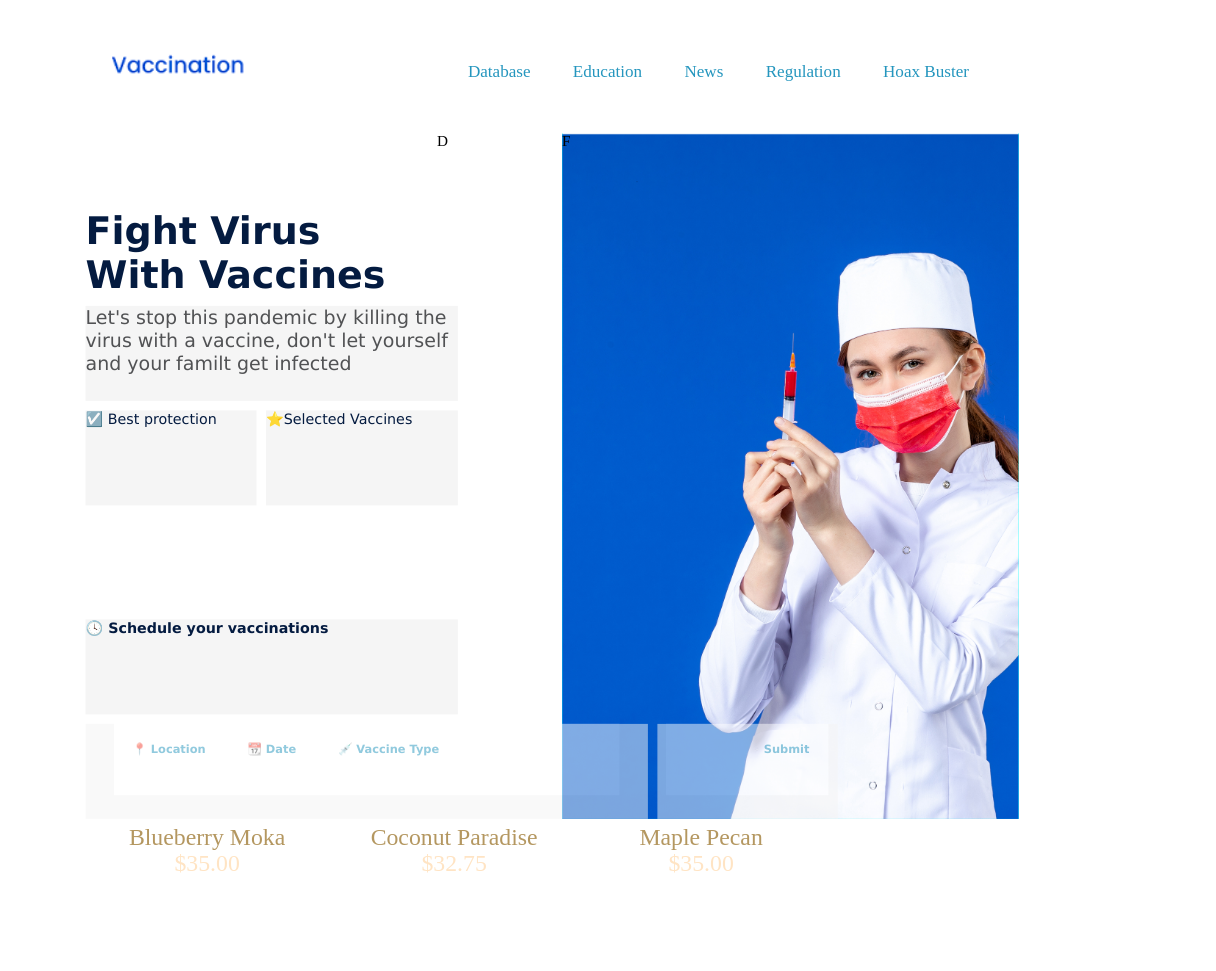
Repository: roge64/cssfrontend
Page: index.html
The author's editor kept a copy of each file at every save. The page is drawn from the files as they stood at one save, then again after the next save.
The browser window is 1280 px wide. The pictures show the part of the page from y = 0 to 1022 px (the page is 2338 px tall before and 2448 px after), at 95% of full size.
A picture or video elsewhere on the page could not be fetched, so the positions and the page height are approximate.

Above is the page before, as saved 2022-03-10 17:38:37.

### index.html
<!DOCTYPE html>
<html lang="en">

<head>
    <meta charset="UTF-8">
    <meta http-equiv="X-UA-Compatible" content="IE=edge">
    <meta name="viewport" content="width=device-width, initial-scale=1.0">
    <title>3 Cakes</title>
    <link rel="stylesheet" href="estilos/estilos.css">


</head>

<body>

    <section id="container">

        <header>
            <!--             <p style="color:#b49760"> Only 3 cakes for 3 months, and then we change all! </p> -->

        </header>

    <section id="banner">

        <article id="banner1">

        </article>

        <article id="banner2">
            <ul class="menu">
                <li><a href="#home"></a>Database</li>
                <li><a href="#cakes"></a>Education</li>
                <li><a href="#decor"></a>News</li>
                <li><a href="#order"></a>Regulation</li>
                <li><a href="#admin"></a>Hoax Buster</li>
                <!-- <li><a href="#void"></a>   </li> -->
            </ul>
        </article>

    </section>


<!--     <section id="tienda">
        <article id="cake1"> </article>
        <article id="cake2"> </article>
        <div class="wrapper">
            <div class="box e">E</div>
            <div class="box f">F</div>
            <div class="box g">G</div>
            <div class="box h">H</div>
        </div>
    </section> -->

    <div class="wrapper">
        <div class="box d">D</div>
        <div class="box e" style="color:#041b40">Fight Virus With Vaccines</div>
        <div class="box f">F</div>
        <div class="box g" style="color:#515254"> Let's stop this pandemic by killing the virus with a vaccine, don't let yourself and your familt get infected</div>
        <div class="box h" style="color:#041b40">☑️ Best protection</div>
        <div class="box i" style="color:#041b40"> ⭐Selected Vaccines</div>
        <div class="box j" style="color:#041b40"> 🕓 Schedule your vaccinations</div>
        <div class="box f">F</div>
        <article id="banner3">
            <ul class="menu">
                <li><a href="#home"></a>📍 Location</li>
                <li><a href="#cakes"></a>📆 Date</li>
                <li><a href="#decor"></a>💉 Vaccine Type</li>

            </ul>
        </article>
        <article id="banner4">
            <ul class="menu">
                <li><a href="#home"></a>Submit</li>
            </ul>
        </article>
    </div>

    <section id="names">
        <article id="name1">
            <p style="color:#b49760"> Blueberry Moka</p>
            <p style="color: bisque"> $35.00</p>
        </article>
        <article id="name2">
            <p style="color:#b49760"> Coconut Paradise</p>
            <p style="color: bisque"> $32.75</p>
        </article>
        <article id="name3">
            <p style="color:#b49760"> Maple Pecan</p>
            <p style="color: bisque"> $35.00</p>
        </article>
    </section>

    <section id="separador">


    </section>

    <section id="social">
        <article id="social1">
            <a href="#"><img src="img/instagram.png" alt="instagram"></a>
            <a href="#"><img src="img/facebook.png" alt="facebook"></a>
            <a href="#"><img src="img/youtube.png" alt="youtube"></a>
            <a href="#"><img src="img/twitter.png" alt="twitter"></a>
        </article>

        <article id="social2">
            <div id="lte_icons-2" class="widget widget_lte_icons">
                <h3 class="lte-header-widget " style="color:bisque"><span class="widget-icon"></span>Contact us
                </h3>
                <ul class="lte-social-icons-list">
                    <li>
                        <a href="#"><span class="lte-ic icon icon-phone-call"></span><span class="lte-header"
                                style="color:bisque">Phone:</span><span class="lte-txt" style="color:#b49760">+52
                                01-2345-6789<br> </span>
                        </a>
                    </li>
                    <li>
                        <a href="#"><span class="lte-ic icon icon-location"></span><span class="lte-header"
                                style="color:bisque">Our location:</span><span class="lte-txt" style="color:#b49760">975
                                FrontEnd Ave, NA 105048, Unknown</span>
                        </a>
                    </li>
                    <li>
                        <a href="#"><span class="lte-ic icon icon-mail"></span><span class="lte-header"
                                style="color:bisque">Email:</span><span class="lte-txt"
                                style="color:#b49760">3cakes@3cakes.com</span>
                        </a>
                    </li>
                    <li>
                        <a href="#">
                            <span class="lte-ic icon icon-mail"></span>
                            <span class="lte-header" style="color:bisque">Hours:</span>
                            <span class="lte-txt" style="color:#b49760">Monday - Friday: 10:00 - 20:00</span>
                            <br>
                            <span class="lte-txt" style="color:#b49760">Saturday -Sunday: 10:00 - 14:00</span>
                        </a>
                    </li>
                </ul>
            </div>

        </article>
    </section>


    <footer>
        <p style="color:#b49760"> Copyright &copy; 2021-<script>
                document.write(new Date().getFullYear())
            </script> Rogelio Valdés All Rights Reserved</p>
        <article id="footer1"></article>
    </footer>

    </section>

</body>

</html>

### estilos/estilos.css
*{
    border: 0 ;
    margin: 0 ;
    padding: 0;
/*     text-decoration: none; */
}

body{
/*     font-family: Geneva; */
    background-color: rgb(0, 0, 0);
    width:1100px;
    margin-left:auto;
    margin-right:auto;

    background-color:white;
/* background-image:
radial-gradient(circle at 100% 150%, black 24%, #101010 24%, #101010 28%, black 28%, black 36%, #101010 36%, #101010 40%, transparent 40%, transparent),
radial-gradient(circle at 0    150%, black 24%, #101010 24%, #101010 28%, black 28%, black 35%, #101010 36%, #101010 40%, transparent 40%, transparent),
radial-gradient(circle at 50%  100%, #101010 10%, black 10%, black 23%, #101010 23%, #101010 30%, black 30%, black 43%, #101010 43%, #101010 50%, black 50%, black 63%, #101010 63%, #101010 71%, transparent 71%, transparent),
radial-gradient(circle at 100% 50%, #101010 5%, black 5%, black 15%, #101010 15%, #101010 20%, black 20%, black 29%, #101010 29%, #101010 34%, black 34%, black 44%, #101010 44%, #101010 49%, transparent 49%, transparent),
radial-gradient(circle at 0    50%, #101010 5%, black 5%, black 15%, #101010 15%, #101010 20%, black 20%, black 29%, #101010 29%, #101010 34%, black 34%, black 44%, #101010 44%, #101010 48%, transparent 49%, transparent);
background-size: 50px 31px;
 */
}

.menu{
    list-style: none;
    padding: 0;
    background: white;
    width: 90%;
    height: 75px;
    max-width: 900px;
    margin: auto;
}

.menu li{
    text-decoration: none;
    color: #2596be;
    padding: 20px;
    display: block;
}

.menu li{
    display: inline-block;
    text-align: right;
}

.menu li:hover{
    background: #2747c5;
}


#container, header, #banner, #noticias, #marcas, footer, #social1{
    /* background-color:rgb(255, 255, 255); */
    background-color:white;
/* background-image:
radial-gradient(circle at 100% 150%, black 24%, #101010 24%, #101010 28%, black 28%, black 36%, #101010 36%, #101010 40%, transparent 40%, transparent),
radial-gradient(circle at 0    150%, black 24%, #101010 24%, #101010 28%, black 28%, black 35%, #101010 36%, #101010 40%, transparent 40%, transparent),
radial-gradient(circle at 50%  100%, #101010 10%, black 10%, black 23%, #101010 23%, #101010 30%, black 30%, black 43%, #101010 43%, #101010 50%, black 50%, black 63%, #101010 63%, #101010 71%, transparent 71%, transparent),
radial-gradient(circle at 100% 50%, #101010 5%, black 5%, black 15%, #101010 15%, #101010 20%, black 20%, black 29%, #101010 29%, #101010 34%, black 34%, black 44%, #101010 44%, #101010 49%, transparent 49%, transparent),
radial-gradient(circle at 0    50%, #101010 5%, black 5%, black 15%, #101010 15%, #101010 20%, black 20%, black 29%, #101010 29%, #101010 34%, black 34%, black 44%, #101010 44%, #101010 48%, transparent 49%, transparent);
background-size: 50px 31px;
 */
    height: 1500px;
    width: 1100px;

}

header{
/*     background-color:antiquewhite;
 */
    height: 40px;
    text-align: center;
    font-size: x-large;

}

#banner{
    background-color:white;
/*     background-color:rgb(25, 25, 25); */
    width: 1100px;
    height: 100px;


}


#noticias{
/*     background-color: antiquewhite;
 */
    height: 200px;
}

#tienda #names{
/*     background-color: grey; */
/* background-color:black;
background-image:
radial-gradient(circle at 100% 150%, black 24%, #101010 24%, #101010 28%, black 28%, black 36%, #101010 36%, #101010 40%, transparent 40%, transparent),
radial-gradient(circle at 0    150%, black 24%, #101010 24%, #101010 28%, black 28%, black 35%, #101010 36%, #101010 40%, transparent 40%, transparent),
radial-gradient(circle at 50%  100%, #101010 10%, black 10%, black 23%, #101010 23%, #101010 30%, black 30%, black 43%, #101010 43%, #101010 50%, black 50%, black 63%, #101010 63%, #101010 71%, transparent 71%, transparent),
radial-gradient(circle at 100% 50%, #101010 5%, black 5%, black 15%, #101010 15%, #101010 20%, black 20%, black 29%, #101010 29%, #101010 34%, black 34%, black 44%, #101010 44%, #101010 49%, transparent 49%, transparent),
radial-gradient(circle at 0    50%, #101010 5%, black 5%, black 15%, #101010 15%, #101010 20%, black 20%, black 29%, #101010 29%, #101010 34%, black 34%, black 44%, #101010 44%, #101010 48%, transparent 49%, transparent);
background-size: 50px 31px; */

    height: 300px;
    width: 1000px;
    padding-left: 10px;
    padding-right: 10px;
    padding-top: 5px;
    text-align: center;
}

#marcas{
/*     background-color:rgb(58, 41, 18); */
    height: 205px;
}


footer{
    width: 800px;
/*     background-color:rgb(0, 0, 0); */
    text-align: center;
    height: 25px;
    padding-top: 7px;

}


#banner #banner1{
/*     background-color: rgb(180, 134, 73); */
    width: 170px;
    height: 50px;
    float: left;
    text-align: center;
/*     display: inline-block; */
    margin: 5px 5px;
    background-image: url("../img/logo1.png");
    background-repeat: no-repeat;
    background-size: cover;
}

#banner #banner2{
/*     background-color: rgb(180, 134, 73); */
    width: 750px;
    height: 100px;
    float: right;
/*     display: inline-block; */
    /* vertical-align: center;  */
    margin: 5px 5px;
    font-size: 18px;
}

#noticias #news1{
/*     background-color: rgb(41, 38, 34); */
    font-size: 50px;

    text-align: center;
    width: 790px;
    height: 200px;
    display: inline-block;
    vertical-align: center;
    margin: 5px 5px;

}


#tienda #cake1{
    background: rgb(109, 175, 33);
    width: 480px;
    height: 485px;
    display: inline-block;
    vertical-align: top;
    margin: 5px 8px;

}

#tienda #cake2{
    background: cornflowerblue;
    width: 450px;
    height: 585px;
    display: inline-block;
    vertical-align: top;
    margin: 5px 70px;
    background-image: url("../img/picx1.png");
    background-repeat: no-repeat;
    background-size: cover;
}

/* #tienda #cake3{
    background: rgb(175, 169, 112);
    width: 240px;
    height: 285px;
    display: inline-block;
    vertical-align: top;
    margin: 5px 5px;
} */

#names #name1{
    font-size: 25px;
    text-align: center;
    width: 240px;
    height: 60px;
    display: inline-block;
    vertical-align: top;
    margin: 5px 8px;
}

#names #name2{
    font-size: 25px;
    text-align: center;
    width: 240px;
    height: 60px;
    display: inline-block;
    vertical-align: top;
    margin: 5px 8px;
}

#names #name3{
    font-size: 25px;
    text-align: center;
    width: 240px;
    height: 60px;
    display: inline-block;
    vertical-align: top;
    margin: 5px 8px;
}

#social #social1{
    text-decoration: none;
/*     background: rgb(109, 175, 33); */
    width: 375px;
    height: 150px;
    display: inline-block;
    vertical-align: center;
    margin: 10px 12px;
}

#social #social2{
    text-decoration: none;
/*     background: rgb(109, 175, 33); */
    width: 375px;
    height: 150px;
    display: inline-block;
    vertical-align: center;
    margin: 10px 10px;
}

#social #social1 {
    color: rgb(175, 169, 112);


}

#separador {
        width: 800px;
        text-align: center;
        height: 100px;

}

.wrapper {
    display: grid;
    grid-template-columns: repeat(1, 1fr);
    gap: 10px;
    grid-auto-rows: minmax(100px, auto);
  }


  .e {
    grid-column: 1 / 38;
    grid-row: 1 / 2;
    margin-top: 80px;
    background-color:white;
    font-family:Verdana, Geneva, Tahoma, sans-serif;
    font-size: 40px;
    font-weight: 600;
    font-stretch: expanded;
  }
  .f {
    grid-column: 50 / 99;
    grid-row: 1 / 7;
    background-color:aqua;
    background-image: url("../img/picx1.png");
    background-repeat: no-repeat;
    background-size: cover;

  }
  .g {
    grid-column: 1 / 40;
    grid-row: 2 / 3;
    margin-top: 20;
    background-color:whitesmoke;
    font-family:Verdana, Geneva, Tahoma, sans-serif;
    font-size: 20px;
    font-weight: 500;
    font-stretch: expanded;
  }
  .h {
    grid-column: 1 / 20;
    grid-row: 3 / 3;
    background-color:whitesmoke;
    font-family:Verdana, Geneva, Tahoma, sans-serif;
    font-size: 15px;
    font-weight: 200;
    font-stretch: expanded;
  }
  .i {
    grid-column: 20 / 40;
    grid-row: 3 / 3;
    background-color:whitesmoke;
    font-family:Verdana, Geneva, Tahoma, sans-serif;
    font-size: 15px;
    font-weight: 200;
    font-stretch: expanded;
  }
  .j {
    grid-column: 1 / 40;
    grid-row: 5 / 5;
    background-color:whitesmoke;
    font-family:Verdana, Geneva, Tahoma, sans-serif;
    font-size: 15px;
    font-weight: 600;
    font-stretch: expanded;
  }
  .k {
    grid-column: 1 / 40;
    grid-row: 7 / 8;
    background-color:cyan;
    font-family:Verdana, Geneva, Tahoma, sans-serif;
    font-size: 15px;
    font-weight: 600;
    font-stretch: expanded;
  }

  #banner3 {
    grid-column: 1 / 60;
    grid-row: 6 / 6;
    background-color:whitesmoke;
    font-family:Verdana, Geneva, Tahoma, sans-serif;
    font-size: 12px;
    font-weight: 600;
    font-stretch: expanded;
    opacity: .5;
  }

  #banner4 {
    grid-column: 60 / 80;
    grid-row: 6 / 6;
    background-color:whitesmoke;
    font-family:Verdana, Geneva, Tahoma, sans-serif;
    font-size: 12px;
    font-weight: 600;
    font-stretch: expanded;
    text-align: right;
    opacity: .5;
  }

  .#banner4 :hover{
    background: #2747c5;
}

After the next save:
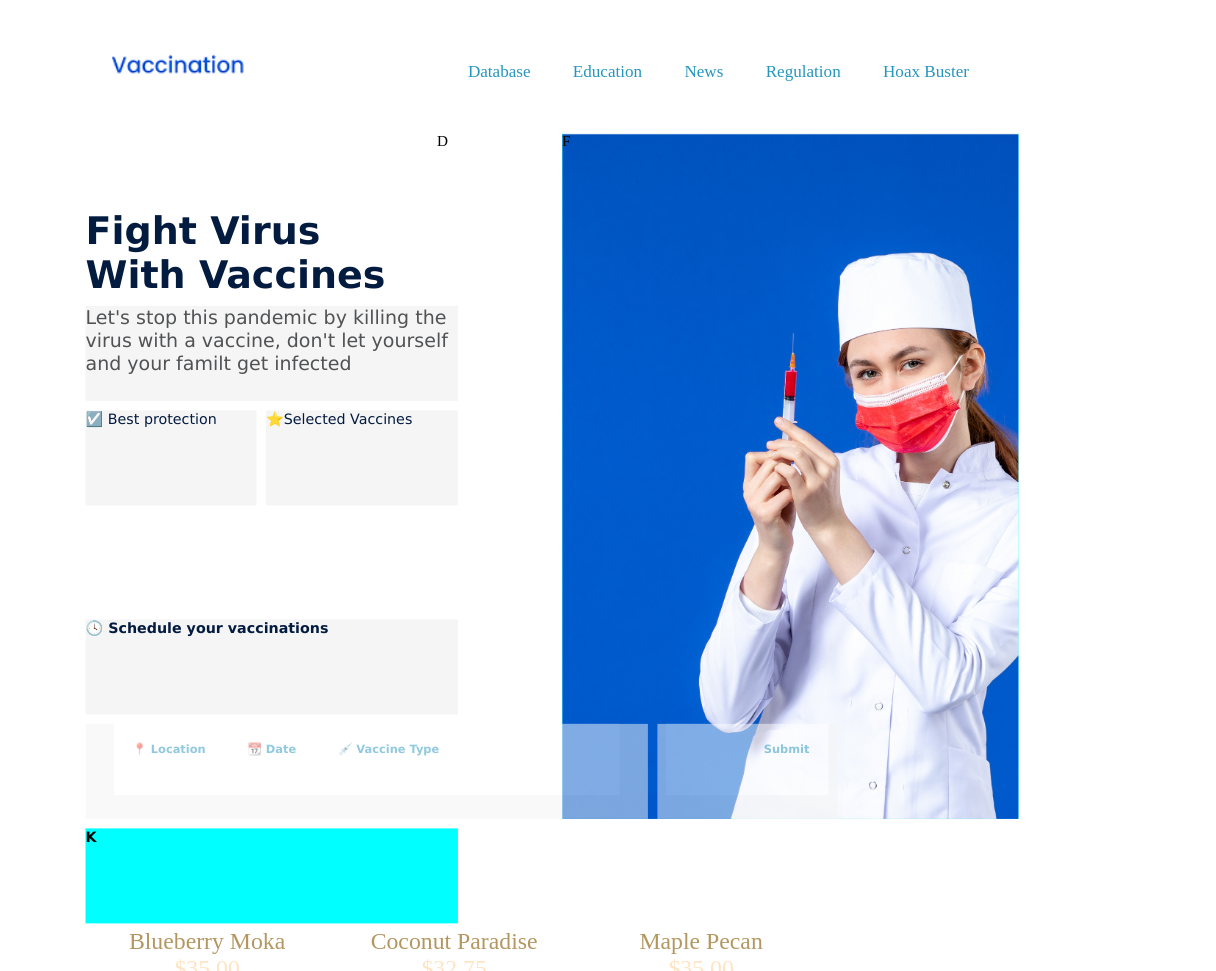
Saved 34 s later.
--- a/index.html
+++ b/index.html
@@ -59,7 +59,7 @@
         <div class="box h" style="color:#041b40">☑️ Best protection</div>
         <div class="box i" style="color:#041b40"> ⭐Selected Vaccines</div>
         <div class="box j" style="color:#041b40"> 🕓 Schedule your vaccinations</div>
-        <div class="box f">F</div>
+        <div class="box k">K</div>
         <article id="banner3">
             <ul class="menu">
                 <li><a href="#home"></a>📍 Location</li>
